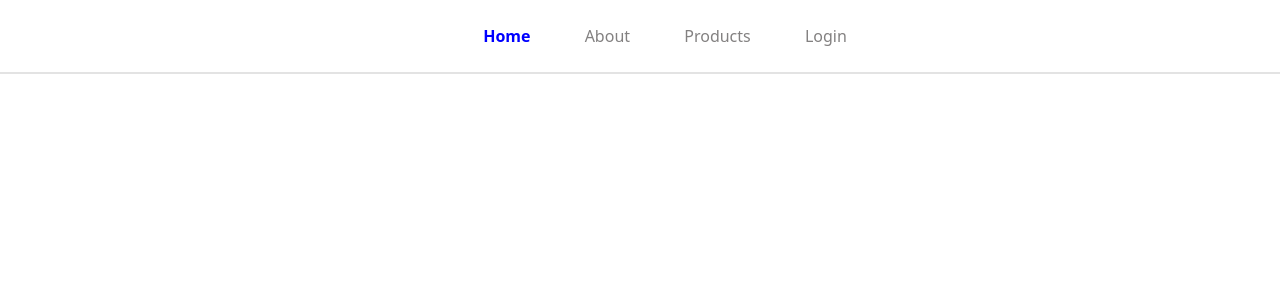
Repository: Yeyolive/WebDev_Collab_2025
Page: Basic_Projects/Basic-Website/login.html
The author's editor kept a copy of each file at every save. The page is drawn from the files as they stood at one save, then again after the next save.
The browser window is 1280 px wide. The pictures show the whole page.

Above is the page before, as saved 2025-11-02 20:26:36.

After the next save:
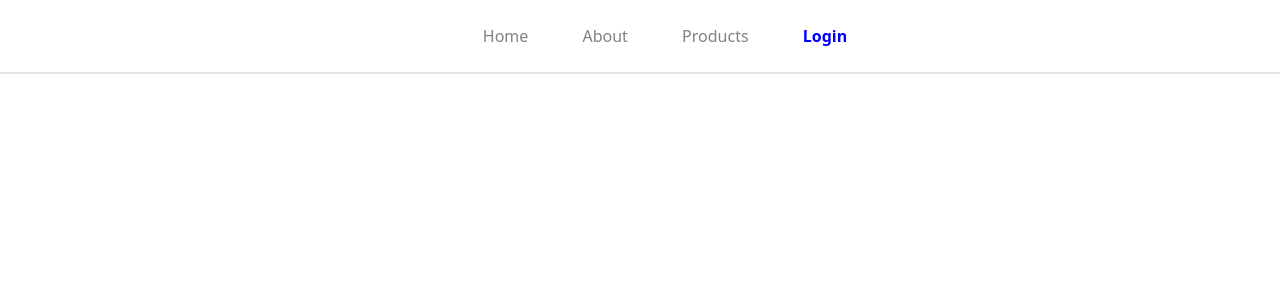
Saved 17 s later.
--- a/Basic_Projects/Basic-Website/login.html
+++ b/Basic_Projects/Basic-Website/login.html
@@ -10,10 +10,10 @@
   <body>
     <!-- NAVIGATION BAR -->
     <nav>
-      <a href="index.html" class="active">Home</a>
+      <a href="index.html">Home</a>
       <a href="about.html">About</a>
       <a href="products.html">Products</a>
-      <a href="login.html">Login</a>
+      <a href="login.html" class="active">Login</a>
     </nav>
   </body>
 </html>
